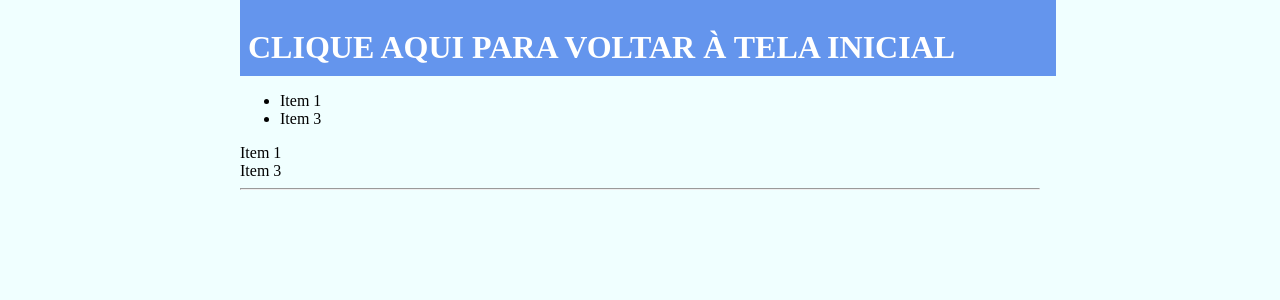
Repository: 2001mariana/jquery
Page: add-and-remove-html-elements.html
The author's editor kept a copy of each file at every save. The page is drawn from the files as they stood at one save, then again after a run of saves.
The browser window is 1280 px wide. The pictures show the whole page.

Above is the page before, as saved 2022-08-04 15:37:20.

After the next 3 saves:
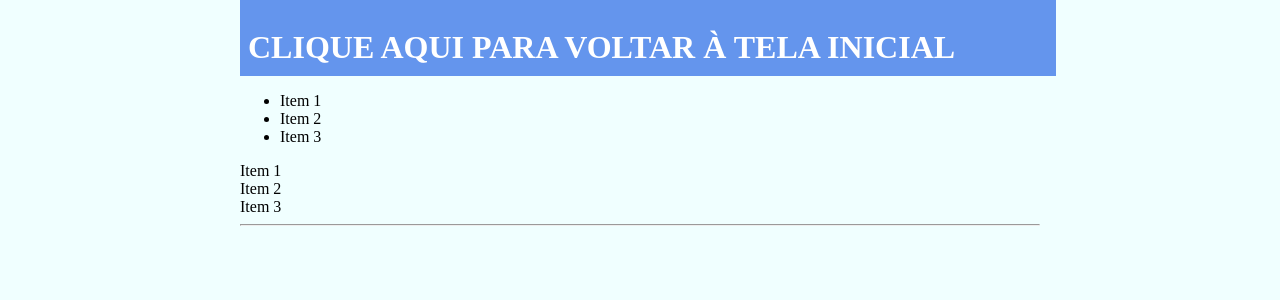
Console error: SyntaxError: Unexpected token '<'
The 3 saves are shown as one change because they came seconds apart.
The last was saved 10 s later.
--- a/add-and-remove-html-elements.html
+++ b/add-and-remove-html-elements.html
@@ -9,7 +9,7 @@
 		<script>
 
 			$(document).ready(() => {
-				$('#lista1')
+				$('#lista1').append(<li>)
 				$('.item2').remove()
 
 			})

After the 4 saves that followed:
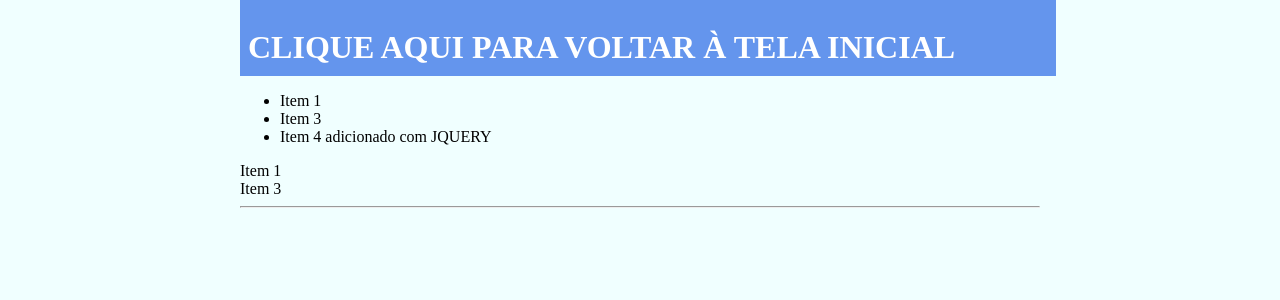
The error is gone.
The 4 saves are shown as one change because 1 left the picture as it was and some came seconds apart.
The last was saved 22 s later.
--- a/add-and-remove-html-elements.html
+++ b/add-and-remove-html-elements.html
@@ -9,7 +9,7 @@
 		<script>
 
 			$(document).ready(() => {
-				$('#lista1').append(<li>)
+				$('#lista1').append('<li>Item 4 adicionado com JQUERY</li>')
 				$('.item2').remove()
 
 			})
